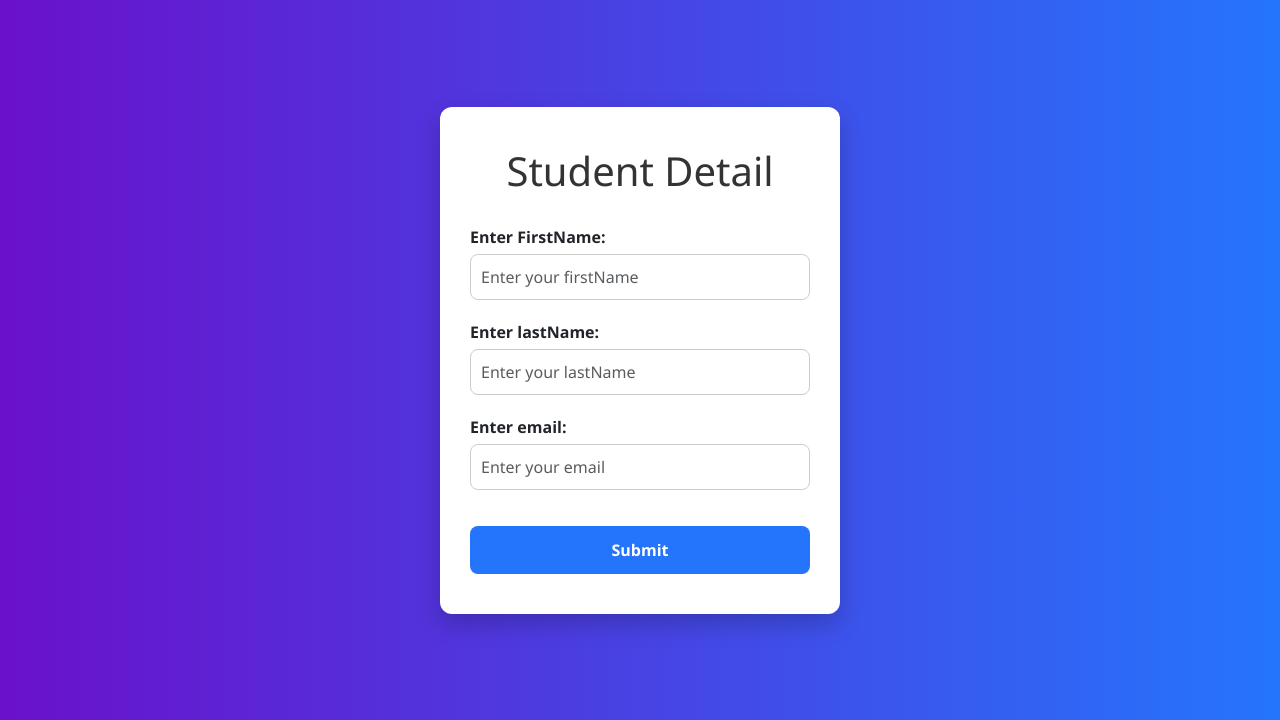
Repository: Mali-Sagar-A/Advance_Web_Java
Page: http://localhost/HibernateWeb/
An editor plug-in stored every save of this project. The page is shown before and after the next save, followed by the edit.
The browser window is 1280 px wide. The pictures show the whole page.
The page is served by Tomcat 9. Other server files are loaded and not shown.

Above is the page before, as saved 2025-05-21 12:08:47.

### HibernateWeb/src/main/webapp/index.jsp
<%@ page language="java" contentType="text/html; charset=UTF-8"
    pageEncoding="UTF-8"%>
<!DOCTYPE html>
<html lang="en">
<head>
  <meta charset="UTF-8">
  <title>Login</title>

  <!-- Bootstrap (Optional) -->
  <link href="https://cdn.jsdelivr.net/npm/bootstrap@5.3.3/dist/css/bootstrap.min.css" rel="stylesheet">

  <style>
    body {
      background: linear-gradient(to right, #6a11cb, #2575fc);
      font-family: 'Segoe UI', Tahoma, Geneva, Verdana, sans-serif;
      height: 100vh;
      margin: 0;
      display: flex;
      justify-content: center;
      align-items: center;
    }

    .login-container {
      background-color: #fff;
      padding: 40px 30px;
      border-radius: 12px;
      box-shadow: 0 10px 25px rgba(0, 0, 0, 0.2);
      width: 100%;
      max-width: 400px;
      text-align: center;
    }

    .login-container h1 {
      margin-bottom: 30px;
      color: #333;
    }

    .form-label {
      font-weight: 600;
      text-align: left;
      display: block;
      margin-bottom: 5px;
    }

    .form-control {
      border-radius: 8px;
      padding: 10px;
      margin-bottom: 20px;
      border: 1px solid #ccc;
      transition: all 0.3s ease;
    }

    .form-control:focus {
      border-color: #2575fc;
      box-shadow: 0 0 5px rgba(37, 117, 252, 0.5);
    }

    .btn-login {
      background-color: #2575fc;
      color: white;
      border: none;
      padding: 12px;
      border-radius: 8px;
      font-weight: bold;
      width: 100%;
      transition: background-color 0.3s ease;
    }

    .btn-login:hover {
      background-color: #1a5ed9;
    }

    .error-message {
      color: red;
      font-size: 0.9em;
      margin-bottom: 15px;
      display: none;
    }
  </style>


</head>

<body>

  <div class="login-container">
    <h1>Student Detail</h1>
    <div id="error" class="error-message"></div>
    <form action="Next.jsp" method="post" name="">
      <label for="firstName" class="form-label">Enter FirstName:</label>
      <input type="text" name="firstName" id="firstName" class="form-control" placeholder="Enter your firstName">

      <label for="lastName" class="form-label">Enter lastName:</label>
      <input type="text" name="lastName" id="lastName" class="form-control" placeholder="Enter your lastName">

      <label for="email" class="form-label">Enter email:</label>
      <input type="text" name="email" id="email" class="form-control" placeholder="Enter your email">


      <input type="submit" name="Submit" value="Submit" class="btn btn-login mt-3">

    </form>
  </div>

</body>
</html>

After the next save:
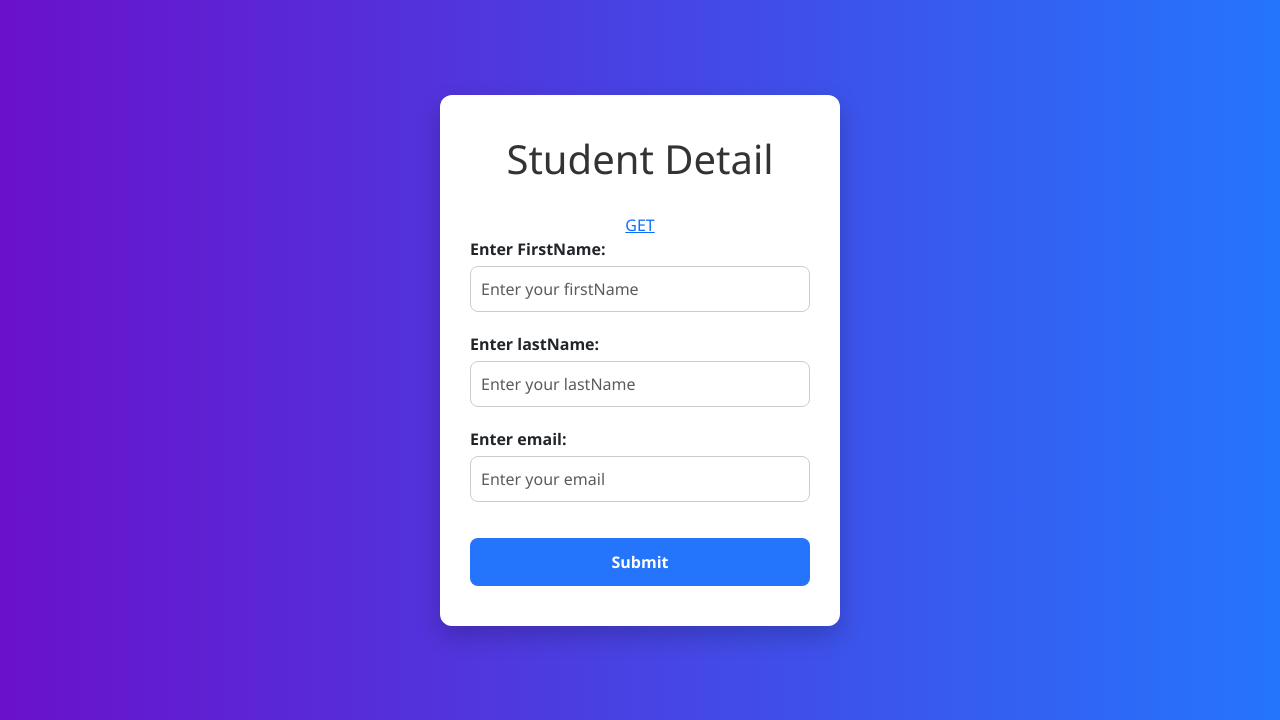
Saved 40 s later.
--- a/HibernateWeb/src/main/webapp/index.jsp
+++ b/HibernateWeb/src/main/webapp/index.jsp
@@ -85,6 +85,7 @@
 
   <div class="login-container">
     <h1>Student Detail</h1>
+    <a href="showStudent">GET</a>
     <div id="error" class="error-message"></div>
     <form action="Next.jsp" method="post" name="">
       <label for="firstName" class="form-label">Enter FirstName:</label>
